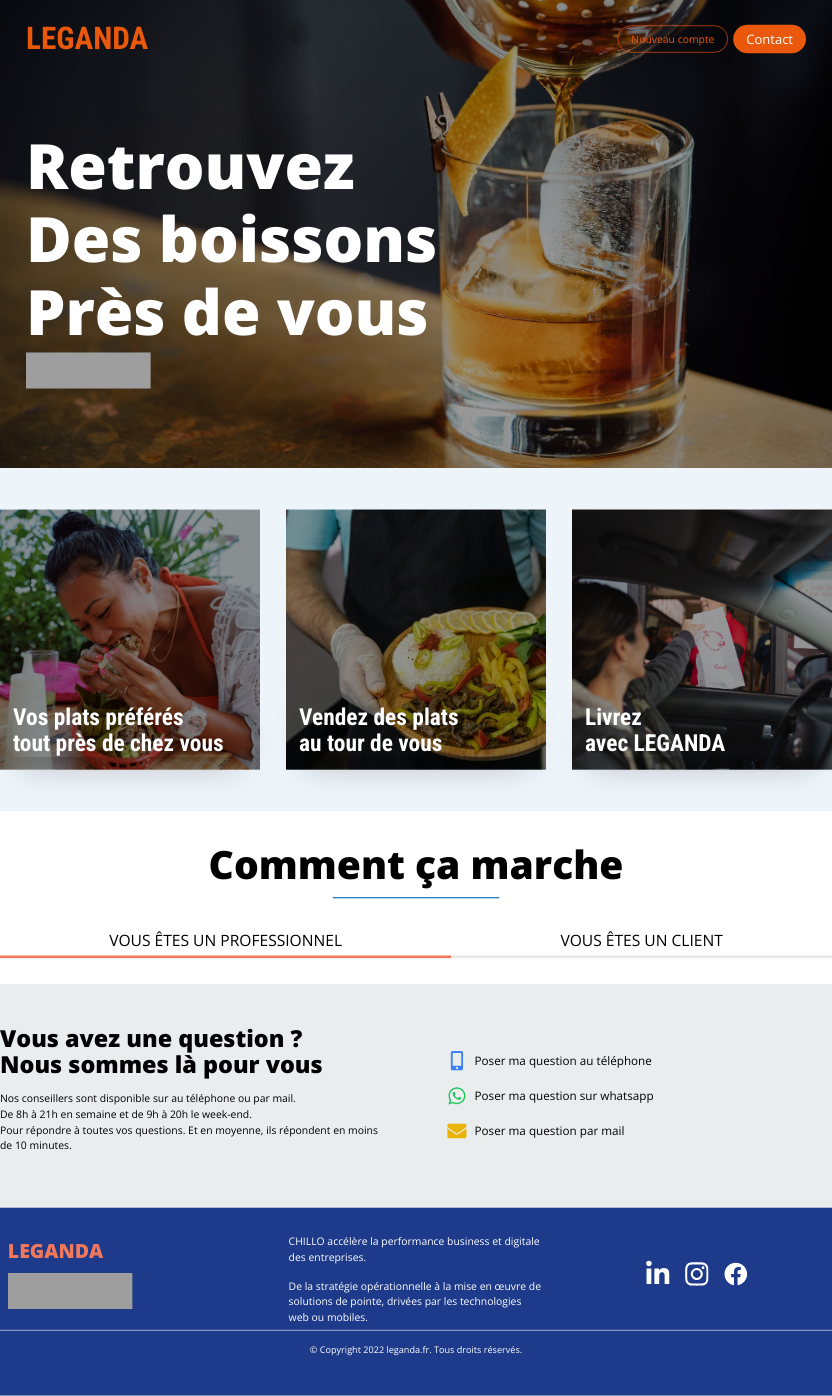
Repository: chillo-tech/website-leganda
Page: /
The author's editor kept a copy of each file at every save. The page is drawn from the files as they stood at one save, then again after the next save.
The browser window is 1280 px wide. The pictures show the whole page, at 65% of full size.
Pictures or frames that could not be fetched are drawn as grey boxes. The project was rebuilt for these pictures with package versions that can differ from the ones it lists, and the page was loaded fresh each time. Some packages were replaced by stand-ins written for this rebuild. The framework's server and built-in components were replaced by stand-ins that run in the browser. Also part of the build but not shown: next.config.js, components/header/items/SearchBar.tsx.

Above is the page before, as saved 2023-02-09 11:48:37.

### pages/_document.tsx
import { Html, Head, Main, NextScript } from 'next/document'
import Footer from '../components/footer/Footer';

export default function Document() {
	return (
		<Html className="scroll-smooth">
			<Head>
        <link rel="preconnect" href="https://fonts.googleapis.com"/>
        <link rel="preconnect" href="https://fonts.gstatic.com"/>
        <link href="https://fonts.googleapis.com/css2?family=Open+Sans:ital,wght@0,300;0,800;1,800&family=Roboto&family=Roboto+Condensed:wght@700&display=swap" rel="stylesheet"/>
        <link rel="icon" href="/favicon.ico" />
			</Head>
			<body className='flex flex-col h-screen justify-between'>
				<Main />
				<NextScript />
				<Footer />
        <script defer type="text/javascript" src="https://maps.googleapis.com/maps/api/js?key=AIzaSyBoBBvzxlRlkbfYzZcHp8ALOwBk3YjfB-I&libraries=places" />
			</body>
		</Html>
	)
}

### styles/globals.css
@tailwind base;
@tailwind components;
@tailwind utilities;
body {
  font-family: 'Open Sans', 'Roboto', sans-serif;
}
.title {
  font-family: 'Roboto Condensed', sans-serif;
}
@layer base {
  [type="text"],
  [type="email"],
  [type="url"],
  [type="password"],
  [type="number"],
  [type="date"],
  [type="datetime-local"],
  [type="month"],
  [type="search"],
  [type="tel"],
  [type="time"],
  [type="week"],
  [multiple],
  textarea,
  select {
    @apply w-full border-gray-300 rounded-lg shadow-sm focus:border-blue-500 focus:ring-blue-500;
  }
  [type="checkbox"],
  [type="radio"] {
    @apply border-gray-300 rounded text-blue-600 focus:ring-blue-500;
  }
}

.bg-site-blue {
    background-color: #86aec0;
    color: #000000;
}

.bg-site-orange {
    background-color: #f6ac9f;
}

.color-site-blue {
   color: #86aec0;
}

.color-site-orange {
    color: #f2785c;
}

.home-page-article {
  min-height: 400px;
}

### context/search-context-provider.tsx
import { SearchParams } from '../types';
import { Context,createContext, useMemo, useReducer, useCallback } from 'react'
import SearchReducer from './SearchReducer';
import { Param } from '../types/Param';
import { INITIAL_STATE, UPDATE_SEARCH_CRITERIA } from '../utils';
import { SearchContextData } from '../types/SerchContextData';
type Props = {
  children: JSX.Element,
};
export const SearchContext = createContext<SearchContextData>({state: INITIAL_STATE});
function SearchContextProvider({children}: Props) {
  const [state, dispatch] = useReducer(SearchReducer, INITIAL_STATE);

  const update = useCallback(
    (data: Param) =>
      dispatch({
        type: UPDATE_SEARCH_CRITERIA,
        data
      }),
    [],
  );
  const value = useMemo(
    () => ({state, update }),
    [state,update],
  );
  return (
    <SearchContext.Provider value={value}>
      {children}
    </SearchContext.Provider>
  )
}

export default SearchContextProvider;

### components/footer/Footer.tsx

import React from 'react';
import { FaFacebook, FaInstagram, FaLinkedinIn } from 'react-icons/fa';
import Link from 'next/link'
import { cn, STORES } from '../../utils';
import Image from 'next/image';
function Footer() {
	return (
			<footer className="bg bg-blue-900 text-white pb-10 pt-10 font-extralight flex flex-col" id="a-propos-de-nous">
				<div className="container mx-auto px-3">
					<div className="grid grid-cols-1 gap-10 md:grid-cols-3 md:p-0 items-center">
						<div className="presentation">
              <Link href='/' className='mb-5 color-site-orange uppercase font-extrabold text-3xl'>LEGANDA
              </Link>
              <p className="flex py-4 items-center justify-center md:justify-start">
                {STORES.filter((item: any) => item.active).map((item: any, index: number) => (
                    <Link
                        href="#"
                        target="_blank"
                        key={`liens-${index}`}
                        className="block items-center py-2 w-48 h-14 relative">
                      <Image
                          fill={true}
                          src={`/images/${item.image}`}
                          alt={item?.label}
                      />
                    </Link>
                ))}
              </p>
						</div>
						<div className="presentation">
							<p className='mb-5'>CHILLO accélère la performance business et digitale des entreprises. </p>
							<p>De la stratégie opérationnelle
								à la mise en œuvre de solutions de pointe, drivées par les technologies web ou mobiles.</p>
						</div>
						<div className="presentation flex flex-col items-center justify-center">
							<div className='px-10 flex items-center justify-between text-center'>
								<FaLinkedinIn color='text-slate-300' className='px-3 text-6xl'/>
								<FaInstagram className='px-3 text-6xl'/>
								<FaFacebook className='px-3 text-6xl'/>
							</div>
							<div className='py-2'>

							</div>
						</div>
					</div>
				</div>
				<div className="copyright border-top-1 mt-2 font-light">
					<div className="container py-5 text-sm mx-auto text-center border-solid border-t border-slate-200">
						&copy; Copyright {(new Date()).getFullYear()} leganda.fr. Tous droits réservés.
					</div>
				</div>
			</footer>

	);
}

export default Footer;

### components/questions/Questions.tsx
import Link from 'next/link'
import React from 'react'
import { FaEnvelope, FaMobileAlt, FaWhatsapp } from 'react-icons/fa'

function Questions() {
  return (
    <section className='py-16 bg-app-light-green'>
        <div className="container grid md:grid-cols-2 md:gap-24 items-center px-3 md:px-0">
          <article>
            <h2 className='md:text-4xl text-3xl font-semibold text-black'>
              <p className='p-0 m-0'>Vous avez une question ?</p>
              <p className='p-0 m-0'>Nous sommes là pour vous</p>
            </h2>
            <div className='py-5'>
              <p className='p-0 m-0'>Nos conseillers sont disponible sur au téléphone ou par mail.</p>
              <p className='p-0 m-0'>De 8h à 21h en semaine et de 9h à 20h le week-end.</p>
              <p className='p-0 m-0'>Pour répondre à toutes vos questions. Et en moyenne, ils répondent en moins de 10 minutes.</p>
            </div>
          </article>
          <article>
              <Link href="tel:0033761705745" className='py-3 text-lg flex'>
                  <FaMobileAlt className='text-3xl text-blue-500 mr-3' /> Poser ma question au téléphone
              </Link>
              <Link href="whatsapp:0033761705745" className='py-3 text-lg flex'>
                  <FaWhatsapp className='text-3xl text-green-500 mr-3' /> Poser ma question sur whatsapp
              </Link>
              <Link href="mailto:armelle.leganda@gmail.com" className='py-3 text-lg flex'>
                  <FaEnvelope className='text-3xl text-yellow-500 mr-3' /> Poser ma question par mail
              </Link>
          </article>
        </div>
    </section>
  )
}

export default Questions

### components/header/Header.tsx
import { faPhone, faUser } from '@fortawesome/free-solid-svg-icons'
import { FontAwesomeIcon } from '@fortawesome/react-fontawesome'
import Link from 'next/link'
import React from 'react'
import SearchBar from './items/SearchBar'

function Header({withSearchBar = true}: {withSearchBar?: boolean}) {
  return (
    <header className="container py-4">
       <nav className='flex justify-between items-center'>
        <Link href="/" className='text-orange-600 uppercase title text-5xl'>LEGANDA
        </Link>
        {withSearchBar ? <SearchBar /> : null }
        <ul className='md:flex justify-between items-center hidden'>
          <li>
            <Link href="/" className='border border-orange-600 rounded-3xl px-5 py-2 text-orange-600 flex justify-between items-center'>
                <FontAwesomeIcon icon={faUser} className="hidden border-none text-xs mr-2" size='xs' />
                Nouveau compte
            </Link>
          </li>
          <li  className='ml-2'>
          <Link href="/" className='bg-orange-600 rounded-3xl text-xl px-5 font-medium py-2 flex text-white'>
              <FontAwesomeIcon icon={faPhone} className="hidden border-none mr-2"/>
              Contact
          </Link>
          </li>
        </ul>
      </nav>
    </header>
  )
}

export default Header

### utils/index.ts
export * from './clear-string';
export * from './DateFormat';
export * from './isValidPhoneNumber';
export * from './isValidEmail';
export * from './Endpoints';
export * from './Data';
export * from './request-options';

### components/tabs/index.tsx
import classNames from 'classnames';
import React, { useState } from 'react'
import SectionTitle from '../shared/SectionTitle';

function Tabs({items}: any) {
  const [activeTab, setActiveTab] = useState("tab-0");
  const handleClick = () => {

  }
  return (
    <section className='container px-3 md:px-0 py-10'>
      <SectionTitle text='Comment ça marche' />
      <ul className='flex justtify-center items-center'>
        {items.map((item: any, index: number) => (
          <li key={`tab-${index}`} className={classNames('grow border-b-4',{ 'bg-white border-app-orange': activeTab === `tab-${index}` })}>
            <button id={`tab-${index}`} type='button' className='uppercase w-full py-2 text-2xl' onClick={handleClick}>{item.label}</button>
          </li>
        ))}
      </ul>
    </section>
  )
}

export default Tabs

### utils/how-it-works.ts
const HOW_IT_WORKS: any = [
  {
    "label": "Vous êtes un professionnel"
  },
  {
    "label": "Vous êtes un client"
  }
]

export {HOW_IT_WORKS}

### context/SearchReducer.ts
import { UPDATE_SEARCH_CRITERIA } from './../utils/Data';
import { Action } from './../types/Action';
import { SearchParams } from "../types";

function SearchReducer (state: SearchParams, action: Action){
  switch(action.type){
    case UPDATE_SEARCH_CRITERIA: {
        return {
          ...state,
          [action.data.key]: action.data.value
        }
    }
  }
  return state;
}

export default SearchReducer;

### utils/clear-string.ts
export const cleanString = (entry: string) => {
	return entry ? entry.replace(/^[\s\uFEFF\xA0]+|[\s\uFEFF\xA0]+$/g, '') : '';
}

### utils/DateFormat.ts
export const getFormattedDate = (entry: Date) => {
	const year = entry.getFullYear();
	const month = `0${entry.getMonth() + 1}`.slice(-2);
	const day = `0${entry.getDate()}`.slice(-2);
	return `${day}/${month}/${year}`;
};

export const getFormattedTime = (entry: Date) => {
	const hours = `0${entry.getHours()}`.slice(-2);
	const minutes = `0${entry.getMinutes()}`.slice(-2);
	return `${hours}:${minutes}`;
};

const getWeekNumber = (entry: Date) => {
	// Copy date so don't modify original
	const date = new Date(Date.UTC(entry.getFullYear(), entry.getMonth(), entry.getDate()));
	// Set to nearest Thursday: current date + 4 - current day number
	// Make Sunday's day number 7
	date.setUTCDate(date.getUTCDate() + 4 - (date.getUTCDay() || 7));
	// Get first day of year
	const yearStart = new Date(Date.UTC(date.getUTCFullYear(), 0, 1));
	// Calculate full weeks to nearest Thursday
	return Math.ceil((((Number(date) - Number(yearStart)) / 86400000) + 1) / 7);
	// Return array of year and week number

}

export const getDayAndMonthLabel = (entry: Date) => {
	const days = ['Dimanche', 'Lundi', 'Mardi', 'Mercredi', 'Jeudi', 'Vendredi', 'Samedi'];
	const months = ["Jan.", "Fev.", "Mars", "Avr.", "MaI", "Juin",
		"Jul.", "Août", "Sep.", "Oct.", "Nov.", "Dec."
	];
	return [days[entry.getDay()], months[entry.getMonth()]];
}

export const getDisplayedDate = (entry: string = "") => {
	if (!entry.trim().length) {
		return entry;
	}
	const adWeekNo = getWeekNumber(new Date(entry));
	const todayWeekNo = getWeekNumber(new Date());
	if ((adWeekNo - todayWeekNo) > 1) {
		const [dayOfDate, month, year] = getFormattedDate(new Date(entry)).split('/');
		const [dayOfWeekLabel, monthLabel] = getDayAndMonthLabel(new Date(entry));
		return `${dayOfWeekLabel}, ${dayOfDate} ${monthLabel}`;
	} else {
		const [dayOfWeekLabel] = getDayAndMonthLabel(new Date(entry));
		return dayOfWeekLabel;
	}
};

### utils/isValidPhoneNumber.ts
export const isValidPhoneNumber = (value: string) => {
	const PHONE_REGEXP = /^0[6|7]\d{8}$/
	return PHONE_REGEXP.test(value);
}

### utils/isValidEmail.ts
export const isValidEmail = (value: string) => {
	const EMAIL_REGEXP = /^\S+@\S+\.\S+$/;
	return value.trim().length ? EMAIL_REGEXP.test(value) : true;
}

### utils/Endpoints.ts
export const LOCAL_DNS = 'http://192.168.111.244:9090';//verifier ipconfig avant d'exécuter
export const PROD_DNS = "https://api.leganda.chillo.fr";
export const IMAGES_URL = `${PROD_DNS}/assets`;
export const BACKOFFICE_URL = `${PROD_DNS}/api/v1`;
export const ADS_ENDPOINT = "ad";
export const FAVORITE_ENDPOINT = "favorite";
export const ACCOUNT_ENDPOINT = "account";
export const ADDRESS_ENDPOINT = "address";
export const CATEGORY_ENDPOINT = "category";
export const GOOGLE_PACES_API_BASE_URL = 'https://maps.googleapis.com/maps/api/place';
export const GOOGLE_PACES_API_KEY = 'AIzaSyBoBBvzxlRlkbfYzZcHp8ALOwBk3YjfB-I';
export const MAP_ZOOM = 10;
export const GOOGLE_PACES_CENTER_COORDINATES = {lat: 48.117266,lng: -1.677793};

### utils/Data.ts
import {EMAIL, PHONE} from "./providers";
export const CATEGORY_BGCOLORS = [ "#BCA1F2", "#BCDDE4", "#CFEACB", "#F4E169"];
export const PLUS_FAVORITES_UPDATED = "Super cette annonce a été ajoutée à vos favoris";
export const REMOVE_FAVORITES_UPDATED = "Cette annonce a été retirée de vos favoris";
export const AUTHENTICATED_USER = "authenticatedUser";
export const MAPBOX_ACCESSTOKEN = "pk.eyJ1IjoiYWNoaWxsZW1ib3VndWVuZyIsImEiOiJja3Zvd3EzcmswaThkMnZrZ25iYmtveDBhIn0.pDR7pKL18d3iz5NoaRmWYg";
export const RESET_AD = "RESET_AD";
export const DELETE_KEY = "DELETE_KEY";
export const SET_NUMBER_OF_CHILDREN = "SET_NUMBER_OF_CHILDREN";
export const SET_ADS = "SET_ADS";
export const SET_CATS = "SET_CATS";
export const SET_CAT = "SET_CAT";
export const SET_AD = "SET_AD";
export const SET_SELECTED_ITEM_ID = "SET_SELECTED_ITEM_ID";
export const SET_STEP_INDEX = "SET_STEP_INDEX";
export const UPDATE_AD = "UPDATE_AD";
export const UPDATE_SEARCH_CRITERIA = "UPDATE_SEARCH_CRITERIA";
export const UPDATE_USER_INFOS = "UPDATE_USER_INFOS";
export const USER_TOKEN = "USER_TOKEN";
export const SIGN_IN = 'SIGN_IN';
export const SIGN_OUT = 'SIGN_OUT';
export const SIGN_UP = 'SIGN_UP';
export const RECOMMEND_TEXT = "Bonjour, j'ai découvert cette application qui a de belles annonces. Je te la recommande";
export const RESTORE_TOKEN = "RESTORE_TOKEN";
export const AD_PLACEHOLDER = ["Taro du dimanche", "20kg à destination de Yaoundé", "Carton de Guinness", "Stage de developpeur"];
export const STORES = [
	{
		image: 'google-app-store-badge.svg',
		active: true,
		path: '#',
		label: 'LEGANDA sur PLAY STORE'
	},
	{
		image: 'apple-app-store-badge.svg',
		active: false,
		path: '#',
		label: 'LEGANDA sur APPLE STORE'
	}
]
export const HEADERS_ITEMS = [
	{
		image: '/images/food.jpeg',
		active: true,
		label: 'Des mets'
	},
	{
		image: '/images/drinks.jpeg',
		active: false,
		label: 'Des boissons'
	},
	{
		image: '/images/spices.jpeg',
		active: false,
		label: 'Des épices'
	},
	{
		image: '/images/service.jpeg',
		active: false,
		label: 'Des services'
	}
]
export const INITIAL_STATE = {
		address: {city: ''}
}

export const HELP_LINK = {
	whatsapp: `whatsapp://send?text=&phone=${PHONE}`,
	sms: `sms:${PHONE}`,
	mail: `mailto:${EMAIL}`,
	phone: `tel:${PHONE}`
}

export const SHARE_LINK = {
	whatsapp: `whatsapp://send?text=`,
	sms: `sms:body=`,
	mail: `mailto:${EMAIL}`,
	phone: `tel:${PHONE}`
}

export const MORESCREEN_DATA = [
	{
		id: 'recommendations',
		title: "Recommandations",
		items: [
			{
				id: '587',
				icon: 'thumbs-up',
				name: 'sms',
				action: 'recommend',
				title: 'Recommandez notre application',
			},
			{
				id: '588',
				icon: 'facebook',
				name: 'facebook',
				action: 'recommend',
				title: 'Aimez notre page facebook',
			},
			{
				id: '589',
				icon: 'thumbs-up',
				name: 'like',
				action: 'recommend',
				title: 'Notez nous sur le store',
			}
		]
	},
	{
		id: 'assistance',
		title: "assistance",
		items: [
			{
				id: '386',
				icon: 'whatsapp',
				name: 'whatsapp',
				action: 'help',
				title: 'Posez votre question via whatsapp',
			},
			{
				id: '387',
				icon: 'sms',
				name: 'sms',
				action: 'help',
				title: 'Posez votre question  par sms',
			},
			{
				id: '389',
				name: 'mail',
				action: 'help',
				icon: 'envelope',
				title: 'Envoyez nous un mail',
			},
			{
				id: '388',
				icon: 'phone-alt',
				name: 'phone',
				action: 'help',
				title: 'Appelez nous',
			}
		]
	}
]

export const loaderProp =({ src }: {src: string}) => {
  console.log('====================================');
  console.log(src);
  console.log('====================================');
  return src;
}
export const cn = (...classes: string[]) =>{
  return classes.filter(Boolean).join(' ')
}

### utils/request-options.ts
export const getHeaders = () => ({
	'X-Requested-With': 'XMLHttpRequest',
	'Content-Type': 'application/x-www-form-urlencode',
	Accept: "application/json"
});

### components/shared/SectionTitle.tsx
import React from 'react'

function SectionTitle( {text, underline = true}: {underline?: boolean, text: string}) {
  return (
    <h2 className="flex flex-col items-center justify-center md:mb-10">
      <span className='px-10 py-3 text-center font-bold text-3xl md:text-6xl'>
        {text}
      </span>
      { underline ? (<span className='border-b-2 border-app-blue px-10 w-64 mt-2'/>) : null }
    </h2>
  )
}

export default SectionTitle

### utils/providers.ts


export const PHONE = "+33761705745";
export const EMAIL = "achille.mbougueng@yahoo.fr";

export const OPENCAGE_GEOCODE_API = "https://api.opencagedata.com/geocode/v1/json";
export const OPENCAGE_API_KEY = "2dd86530d37b4cf3a321d24e6c624a40";

export const MAPBOX_API_KEY = "pk.eyJ1IjoiYWNoaWxsZW1ib3VndWVuZyIsImEiOiJja3Zvd3EzcmswaThkMnZrZ25iYmtveDBhIn0.pDR7pKL18d3iz5NoaRmWYg";
export const MAPBOX_PLACES = "https://api.mapbox.com/geocoding/v5/mapbox.places";

Loaded but not shown: pages/_app.tsx (common file); tailwind.config.js (38 lines, source omitted); pages/index.tsx (146 lines, source omitted)

After the next save:
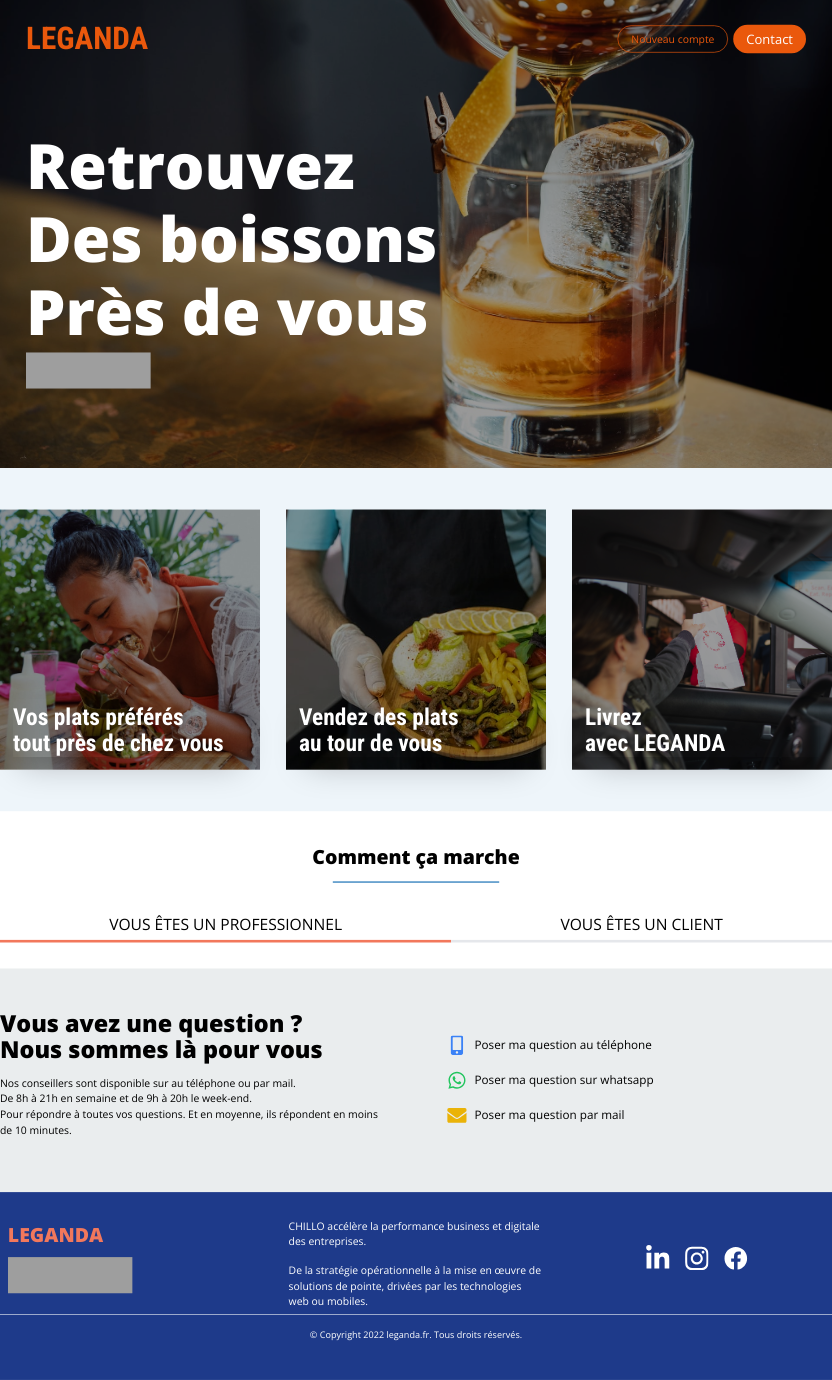
Saved 16 s later.
--- a/components/shared/SectionTitle.tsx
+++ b/components/shared/SectionTitle.tsx
@@ -3,7 +3,7 @@
 function SectionTitle( {text, underline = true}: {underline?: boolean, text: string}) {
   return (
     <h2 className="flex flex-col items-center justify-center md:mb-10">
-      <span className='px-10 py-3 text-center font-bold text-3xl md:text-6xl'>
+      <span className='px-10 py-3 text-center font-bold text-3xl md:text-3xl'>
         {text}
       </span>
       { underline ? (<span className='border-b-2 border-app-blue px-10 w-64 mt-2'/>) : null }
